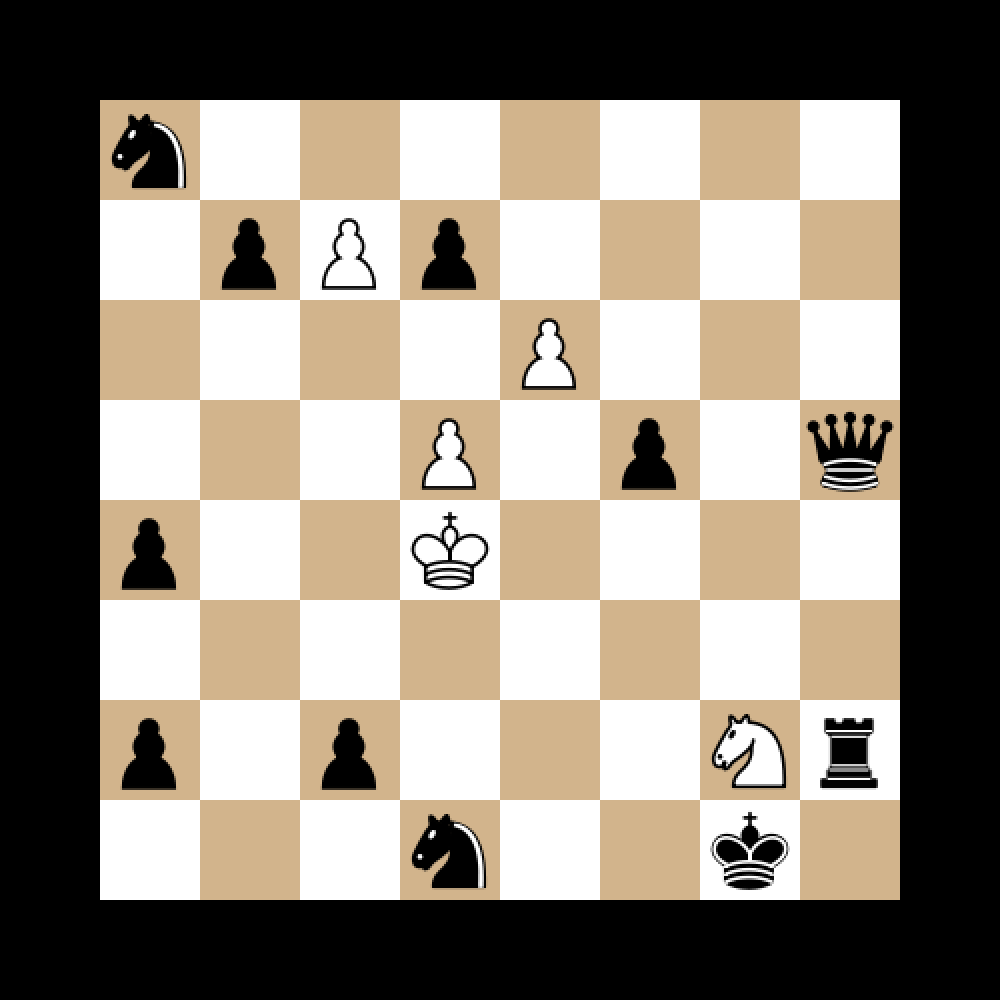
Repository: a-longe/capstone
Script's output: python engine/drag_n_drop_test.py
These files come from the project's save history. The script's output is drawn as it stood at one moment and after the next save; the edit follows.
The window is shown after at most 60 frames with no key pressed. Random numbers start from a fixed seed. It also reads engine/images/bK.png, engine/images/bN.png, engine/images/bP.png, engine/images/bQ.png, engine/images/bR.png, engine/images/wK.png, engine/images/wN.png, engine/images/wP.png.

Above is the script's output before, as saved 2023-12-14 18:07:27.

After the next save:
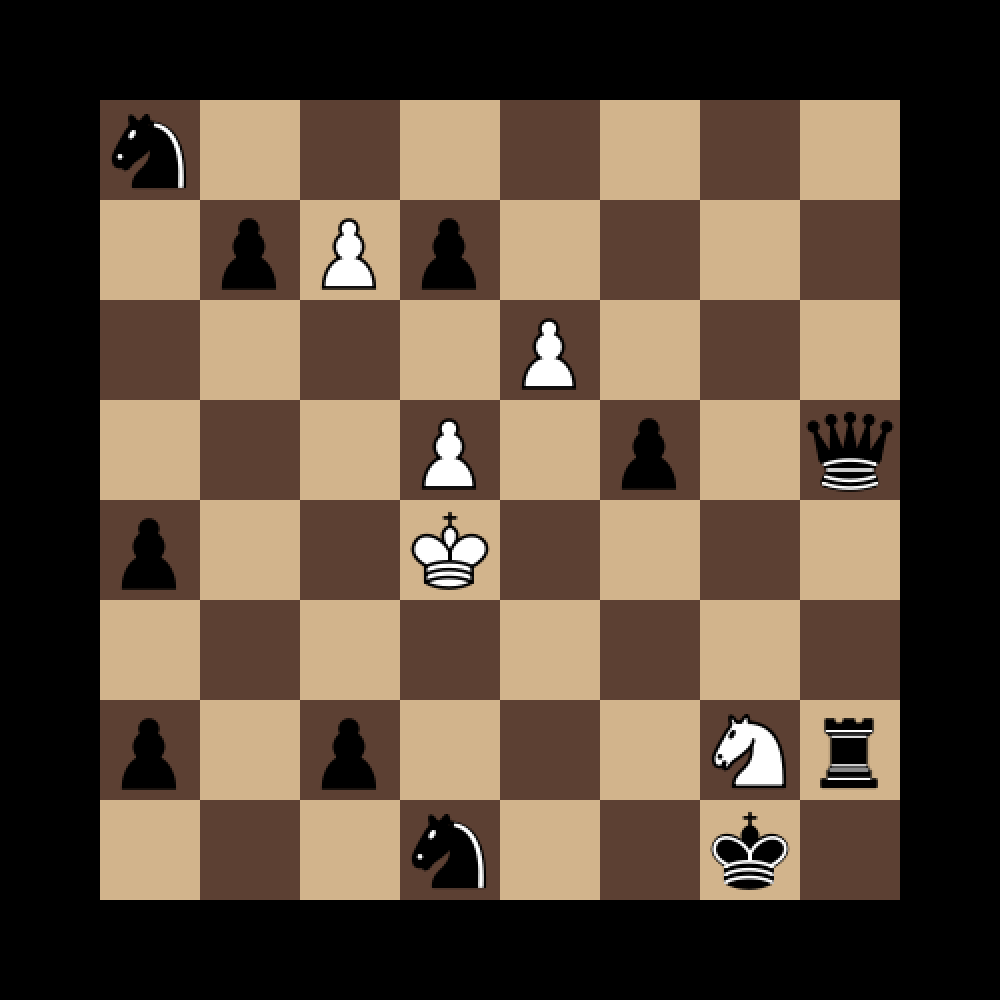
Saved 81 s later.
--- a/engine/drag_n_drop_test.py
+++ b/engine/drag_n_drop_test.py
@@ -20,12 +20,12 @@ def is_odd(n):
     return 1 == n % 2
 
 def black_square(surface, image, rect):
+    image.fill((92, 64, 51))
+    surface.blit(image, rect)
+
+
+def white_square(surface, image, rect):
     image.fill((210, 180, 140))
-    surface.blit(image, rect)
-
-
-def white_square(surface, image, rect):
-    image.fill((255, 255, 255))
     surface.blit(image, rect)
 
 def get_snap_cords(x, y) -> Cord:
